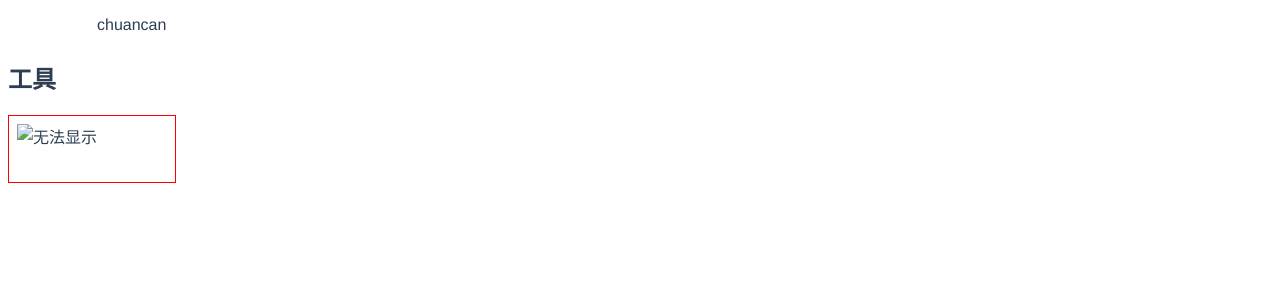
Repository: LiuZixu-aurelio/collection
Page: /
An editor plug-in stored every save of this project. The page is shown before and after the next save, followed by the edit.
The browser window is 1280 px wide. The pictures show the whole page.
The project was rebuilt for these pictures with package versions that can differ from the ones it lists, and the page was loaded fresh each time.

Above is the page before, as saved 2022-06-09 16:33:18.

### src/App.vue
<template>

  <HelloWorld msg="Welcome to Your Vue.js App"/>
</template>

<script>
import HelloWorld from './components/HelloWorld.vue'

export default {
  name: 'App',
  components: {
    HelloWorld
  }
}
</script>

<style>
#app {
  font-family: Avenir, Helvetica, Arial, sans-serif;
  -webkit-font-smoothing: antialiased;
  -moz-osx-font-smoothing: grayscale;
  color: #2c3e50;
  margin-top: 60px;
}
</style>

### src/components/HelloWorld.vue
<template>
  <div>
    <div>
      <h2>工具</h2>
      <Card msg="chuancan" web="https://www.baidu.com" logo="https://www.baidu.com/favicon.ico"/>
    </div>
  </div>
</template>

<script>

import Card from './Card.vue'
export default {
  components: { Card },
  name: 'HelloWorld',
  props: {
    msg: String
  }
}
</script>

<!-- Add "scoped" attribute to limit CSS to this component only -->
<style scoped>

</style>

### src/components/Card.vue
<template>
  <div @click="openweb">
    <img :src="logo" alt="无法显示">
    <span>{{msg}}</span>
  </div>
</template>

<script>

export default {
  name: 'Card',
  data: function(){
    return {

      }
  },
  props: {
    msg: String,
    web: String,
    logo: String
  },
  methods:{
    openweb:function(){
      window.open(this.web)
    }
  }
}
</script>

<!-- Add "scoped" attribute to limit CSS to this component only -->
<style scoped>
div {
  border: 1px solid red;
  width: 150px;
  height: 50px;
  padding: 8px;
}
img {
  width: 32px;
  height: 32px;
}
span {
  position: fixed;
  top: 16px;
}
</style>

Loaded but not shown: public/index.html (common file); src/main.js (common file)

After the next save:
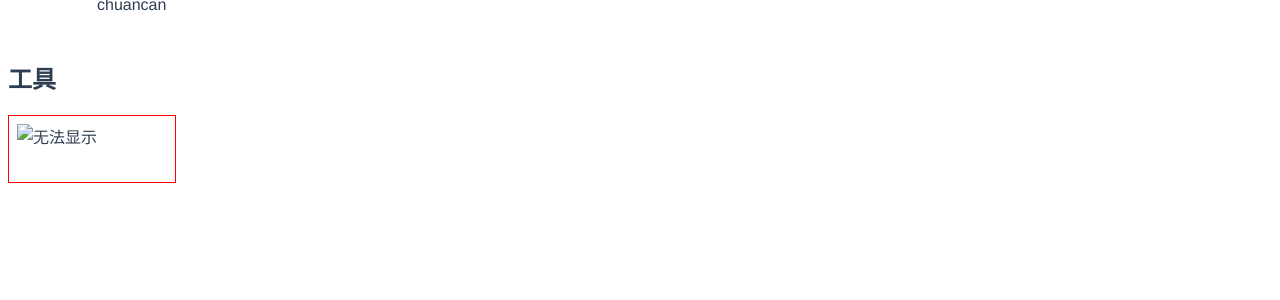
Saved 8 s later.
--- a/src/components/Card.vue
+++ b/src/components/Card.vue
@@ -41,6 +41,6 @@
 }
 span {
   position: fixed;
-  top: 16px;
+  top: -4px;
 }
 </style>
